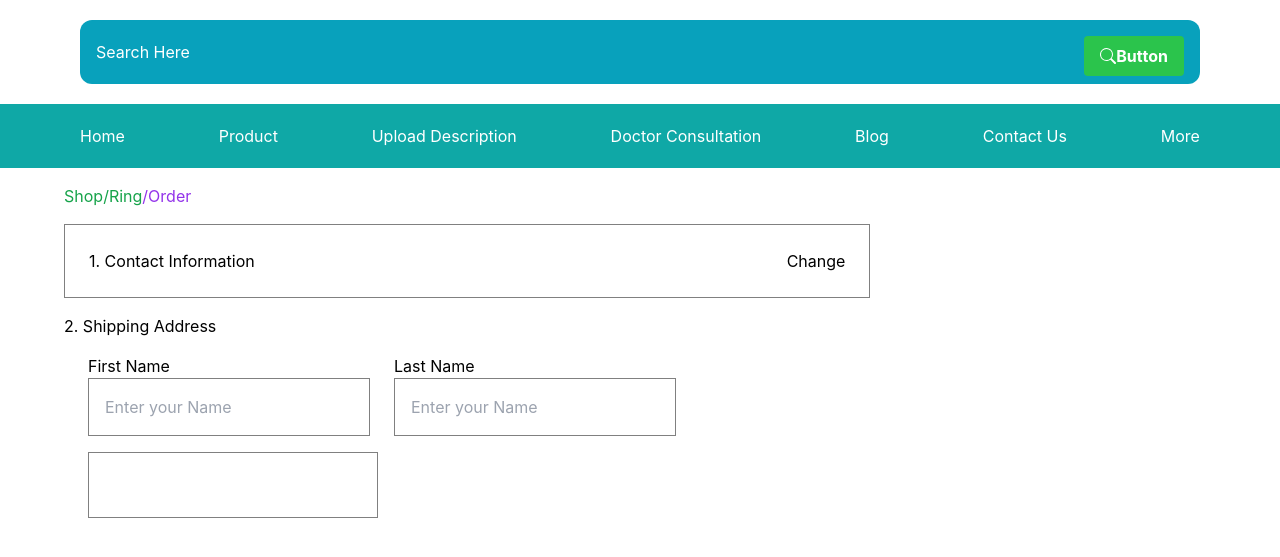
Repository: arafatmollah/form-pharma
Page: /
The author's editor kept a copy of each file at every save. The page is drawn from the files as they stood at one save, then again after the next save.
The browser window is 1280 px wide. The pictures show the whole page.
The project was rebuilt for these pictures with package versions that can differ from the ones it lists, and the page was loaded fresh each time.

Above is the page before, as saved 2023-03-14 23:53:34.

### src/index.js


import React from 'react';
import ReactDOM from 'react-dom/client';
import './index.css';
import App from './App';
import reportWebVitals from './reportWebVitals';

const root = ReactDOM.createRoot(document.getElementById('root'));
root.render(
  <React.StrictMode>
    <App />
  </React.StrictMode>
);

// If you want to start measuring performance in your app, pass a function
// to log results (for example: reportWebVitals(console.log))
// or send to an analytics endpoint. Learn more: https://bit.ly/CRA-vitals
reportWebVitals();

### src/App.js

import './App.css';
import Nav from './Nav';
import Form from './Form';

function App() {
  return (
    <div className="App">
     <Nav></Nav>
     <Form></Form>
    </div>
  );
}

export default App;

### src/App.css
.box-border{
  background-color: #08A1BC;
}
.btn {
  @apply font-bold py-2 px-4 rounded;
  background-color: #2BC44C;
  color: white;
}
.btn-blue {
  @apply bg-blue-500 text-white;
}
.btn-blue:hover {
  @apply bg-blue-700;
}
.nav{
  background-color: #0FA8A6;
}
.info{
  width: 70%;
  border: 1px solid gray;
}
.input{
  border: 1px solid gray;
}
.an{
  width: ;
}

### src/Nav.js
import React from 'react'
import './App.css';
import { BsSearch } from 'react-icons/bs';

function Nav() {
  return (
    <div>
        <div className='box-border h-16 w-100 p-4 mx-20 my-5 rounded-xl'>
          <div className='flex justify-between align-middle'>
                <p className='text-white mt-1'>Search Here</p>
                <button className="btn mb-1 py-2 flex items-center justify-between"><BsSearch></BsSearch> Button</button>
          </div>
        </div>
        <div className='box-border h-16 w-100 nav'>
            <div className='flex mx-20 items-center justify-between text-white'>
            <div className='mt-5'>Home</div>
            <div className='mt-5'> Product</div>
            <div className='mt-5'>Upload Description</div>
            <div className='mt-5'>Doctor Consultation</div>
            <div className='mt-5'>Blog</div>
            <div className='mt-5'>Contact Us</div>
            <div className='mt-5'>More</div>
            </div>
        </div>
    </div>
  )
}

export default Nav

### src/Form.js
import React from 'react'

function form() {
  return (
    <div>
        <div className='mx-16'>
            <div className='flex my-4'>
                <p className='text-green-600'>Shop</p>
                <p className='text-green-600'> /Ring</p>
                <p className='text-purple-600'>/Order</p>
            </div>
            <div>
            <div className='info p-6 flex justify-between'>
              <p>1. Contact Information</p>
              <p>Change </p>
            </div>
            <div className='my-4'>
              <p>2. Shipping Address</p>
              <form className='my-4'>
               <div className='flex'>
               <div className='mx-6'>
                <label>First Name</label> <br></br>
                <input className='input p-4' type='text' placeholder="Enter your Name"></input>
                </div>
                <div>
                <label>Last Name</label> <br></br>
                <input className='input p-4' type='text' placeholder="Enter your Name"></input>
                </div>
               </div>
               <div className='my-4 mx-6'>
                <input className='an input p-5' type='text'></input>
               </div>
              </form>
            </div>
            </div>
        </div>
    </div>
  )
}

export default form

Loaded but not shown: public/index.html (common file); src/index.css (common file); src/reportWebVitals.js (common file); tailwind.config.js (common file)

After the next save:
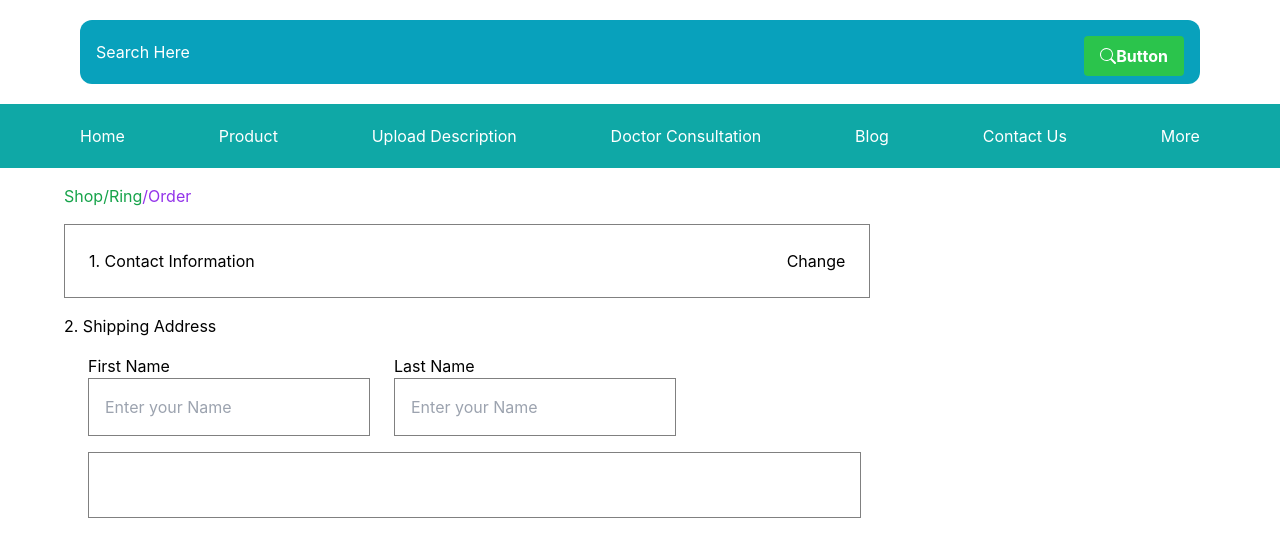
Saved 7 s later.
--- a/src/App.css
+++ b/src/App.css
@@ -23,5 +23,5 @@
   border: 1px solid gray;
 }
 .an{
-  width: ;
+  width: 70%;
 }
